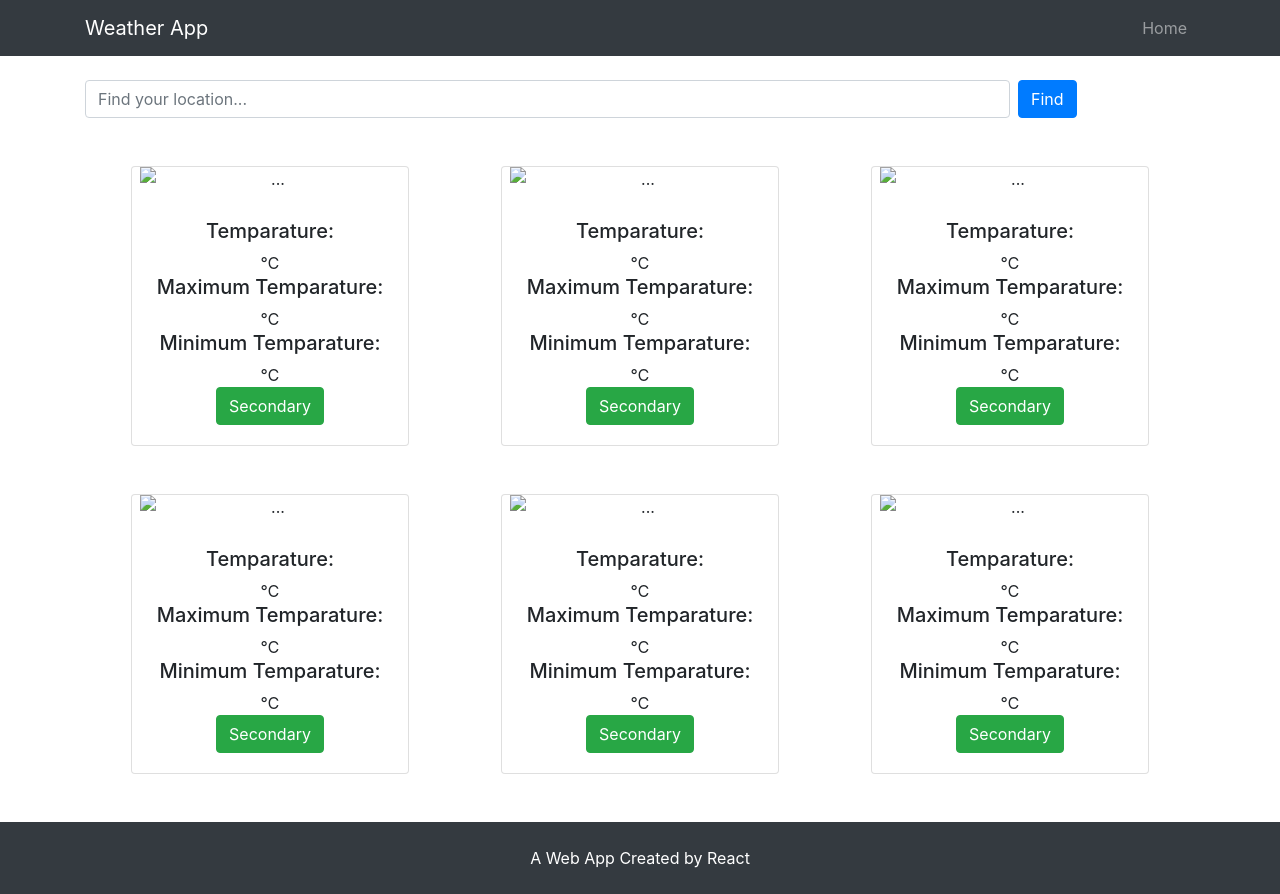
Repository: smk87/weather-app-react
Page: /weather/2344116
An editor plug-in stored every save of this project. The page is shown before and after the next save, followed by the edit.
The browser window is 1280 px wide. The pictures show the whole page.
The page's requests for data from a server got no answer. Some web libraries are served in a nearby version. The project was rebuilt for these pictures with package versions that can differ from the ones it lists, and the page was loaded fresh each time. A package was used in the major version that the imports need, not the one package.json lists. No one was signed in, and anything a server would have sent is missing.

Above is the page before, as saved 2019-02-06 19:29:09.

After the next save:
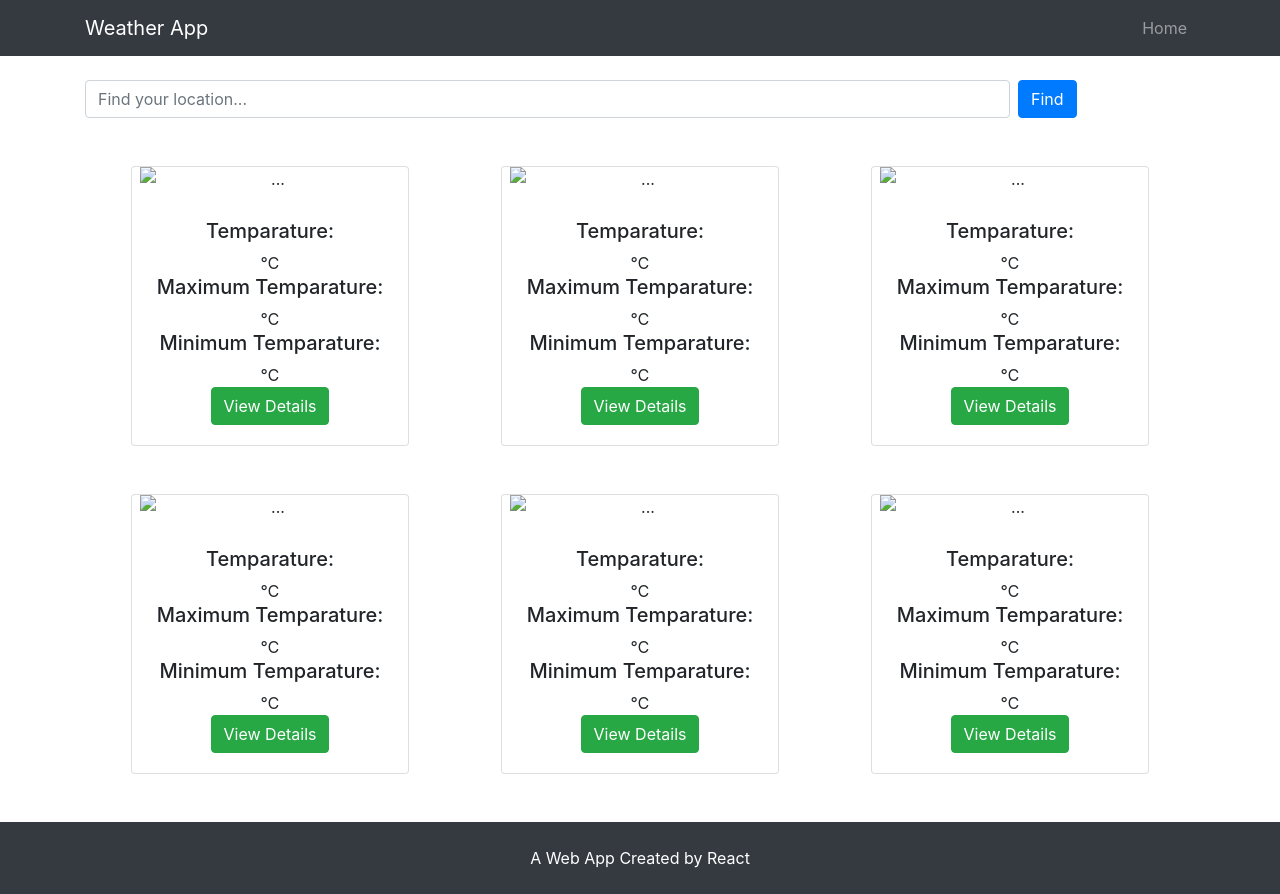
Saved 35 s later.
--- a/src/components/Weather.js
+++ b/src/components/Weather.js
@@ -120,8 +120,8 @@ export default class Weather extends Component {
           </div>
           {}
           <Link to={newTo}>
-            <button type="button" class="btn btn-success">
-              Secondary
+            <button className="mt-3" type="button" class="btn btn-success">
+              View Details
             </button>
           </Link>
         </div>
